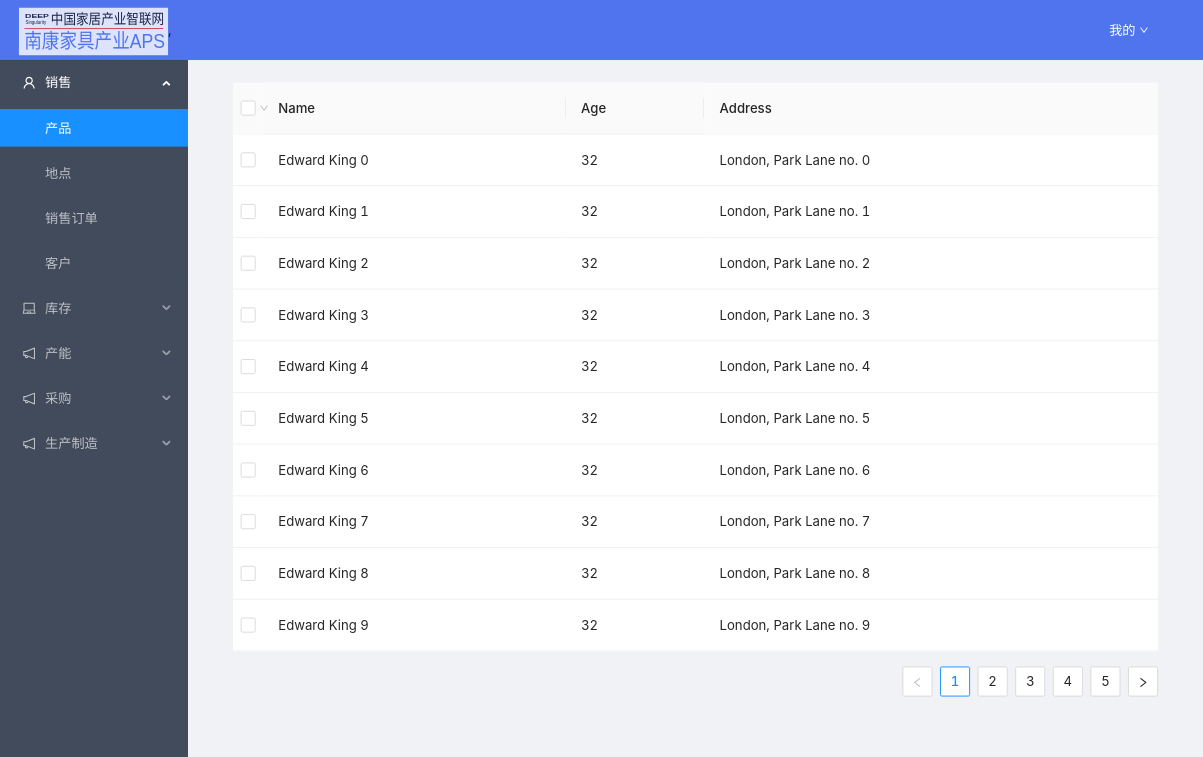
Repository: Vsran/management
Page: /main/sub1/option1
These files come from the project's save history. The page is drawn as it stood at one moment and after the next save; the edit follows.
The browser window is 1280 px wide. The pictures show the whole page, at 94% of full size.
The project was rebuilt for these pictures with package versions that can differ from the ones it lists, and the page was loaded fresh each time. Also part of the build but not shown: src/pages/login.js, src/pages/register/index.js.

Above is the page before, as saved 2021-02-19 16:48:39.

After the next save:
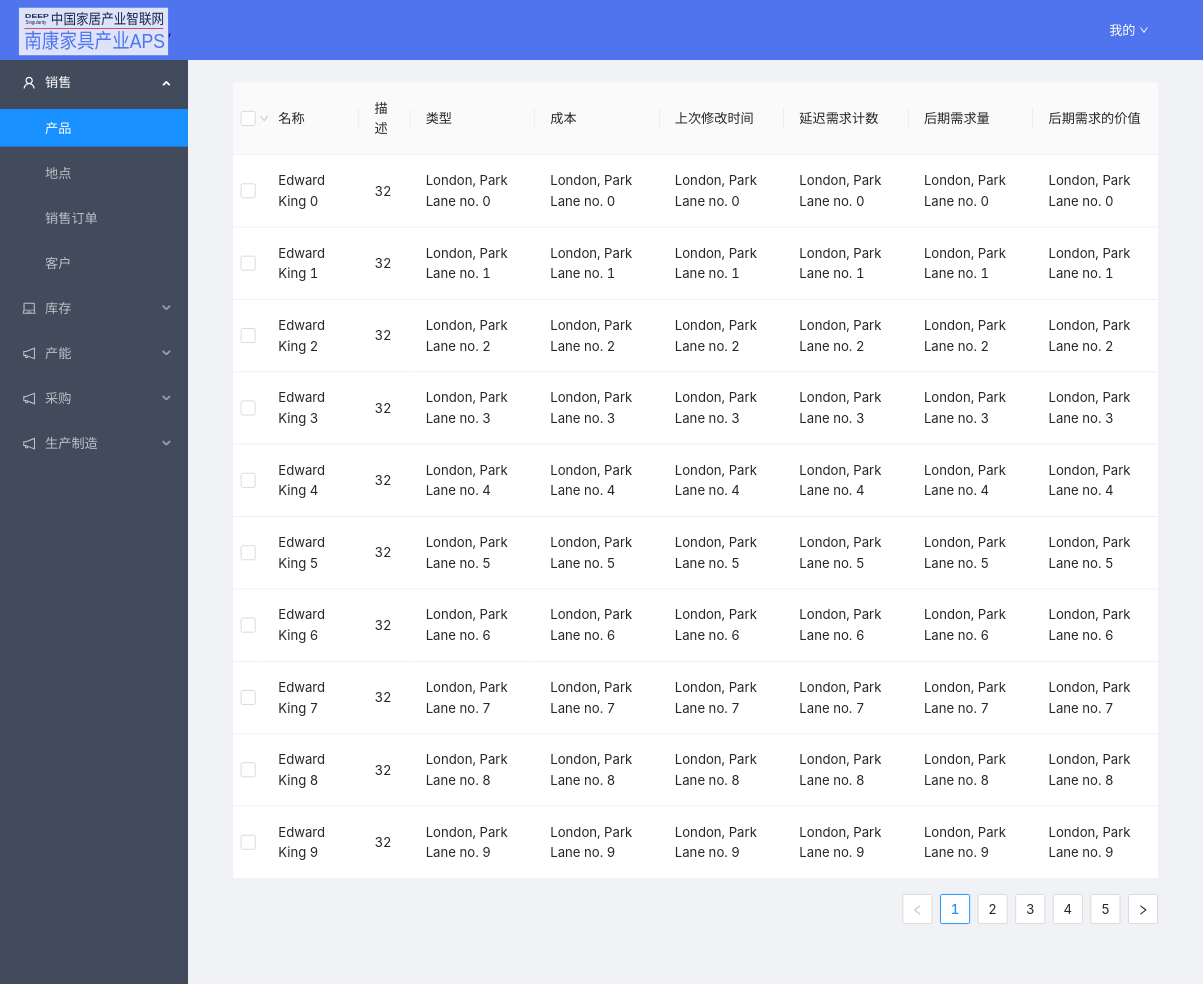
Saved 6 min 15 s later.
--- a/src/pages/sales/production/index.js
+++ b/src/pages/sales/production/index.js
@@ -3,15 +3,35 @@ import { Table } from 'antd';
 
 const columns = [
   {
-    title: 'Name',
+    title: '名称',
     dataIndex: 'name',
   },
   {
-    title: 'Age',
+    title: '描述',
     dataIndex: 'age',
   },
   {
-    title: 'Address',
+    title: '类型',
+    dataIndex: 'address',
+  },
+  {
+    title: '成本',
+    dataIndex: 'address',
+  },
+  {
+    title: '上次修改时间',
+    dataIndex: 'address',
+  },
+  {
+    title: '延迟需求计数',
+    dataIndex: 'address',
+  },
+  {
+    title: '后期需求量',
+    dataIndex: 'address',
+  },
+  {
+    title: '后期需求的价值',
     dataIndex: 'address',
   },
 ];
